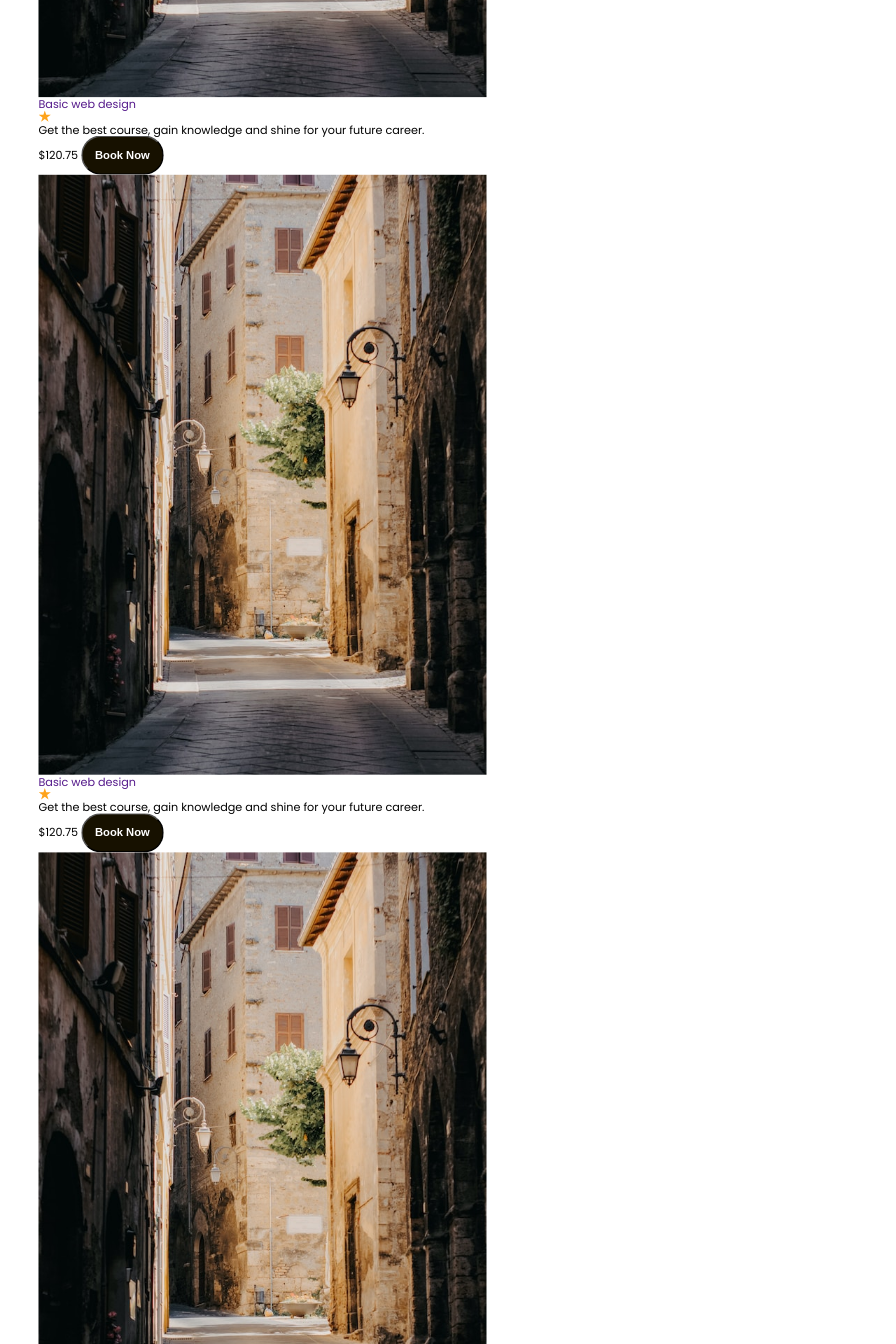
Repository: empty24062002/f8-htmlcss-02-pratice
Page: index.html
These files come from the project's save history. The page is drawn as it stood at one moment and after the next save; the edit follows.
The browser window is 1280 px wide. The pictures show the part of the page from y = 1914 to 3834 px (the page is 5187 px tall), at 70% of full size.
A picture or video elsewhere on the page could not be fetched, so the positions and the page height are approximate.

Above is the page before, as saved 2023-07-19 07:34:42.

After the next save:
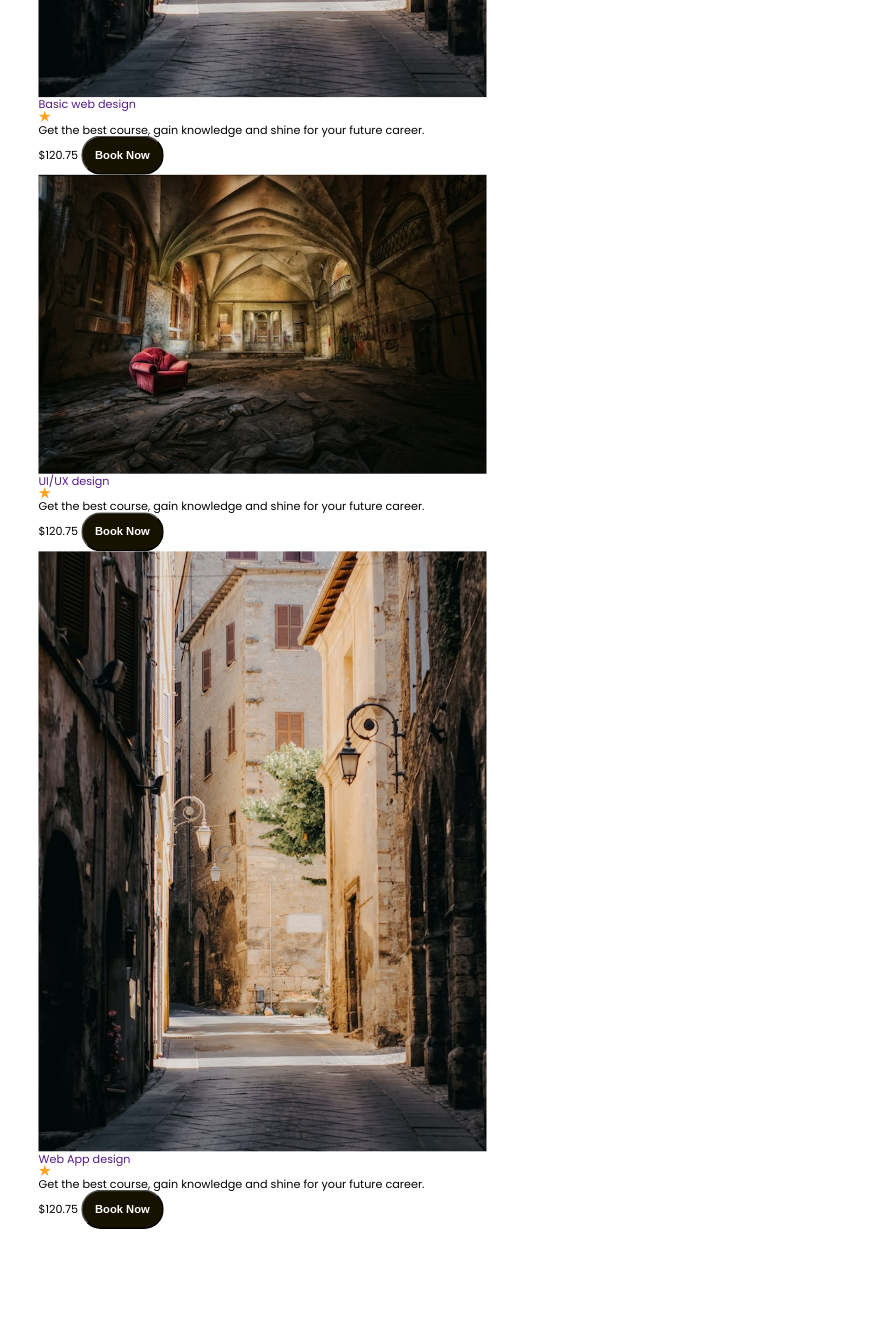
Saved 114 s later.
--- a/index.html
+++ b/index.html
@@ -215,7 +215,7 @@
                         <div class="course-item">
                             <a href="">
                                 <img
-                                    src="./assets/img/popular-1.jpg"
+                                    src="./assets/img/popular-2.jpg"
                                     alt=""
                                     class="thumb"
                                 />
@@ -223,7 +223,7 @@
                             <div class="info">
                                 <div class="head">
                                     <h3 class="title">
-                                        <a href="">Basic web design</a>
+                                        <a href="">UI/UX design</a>
                                     </h3>
                                     <div class="rating">
                                         <img
@@ -253,7 +253,7 @@
                             <div class="info">
                                 <div class="head">
                                     <h3 class="title">
-                                        <a href="">Basic web design</a>
+                                        <a href="">Web App design</a>
                                     </h3>
                                     <div class="rating">
                                         <img
